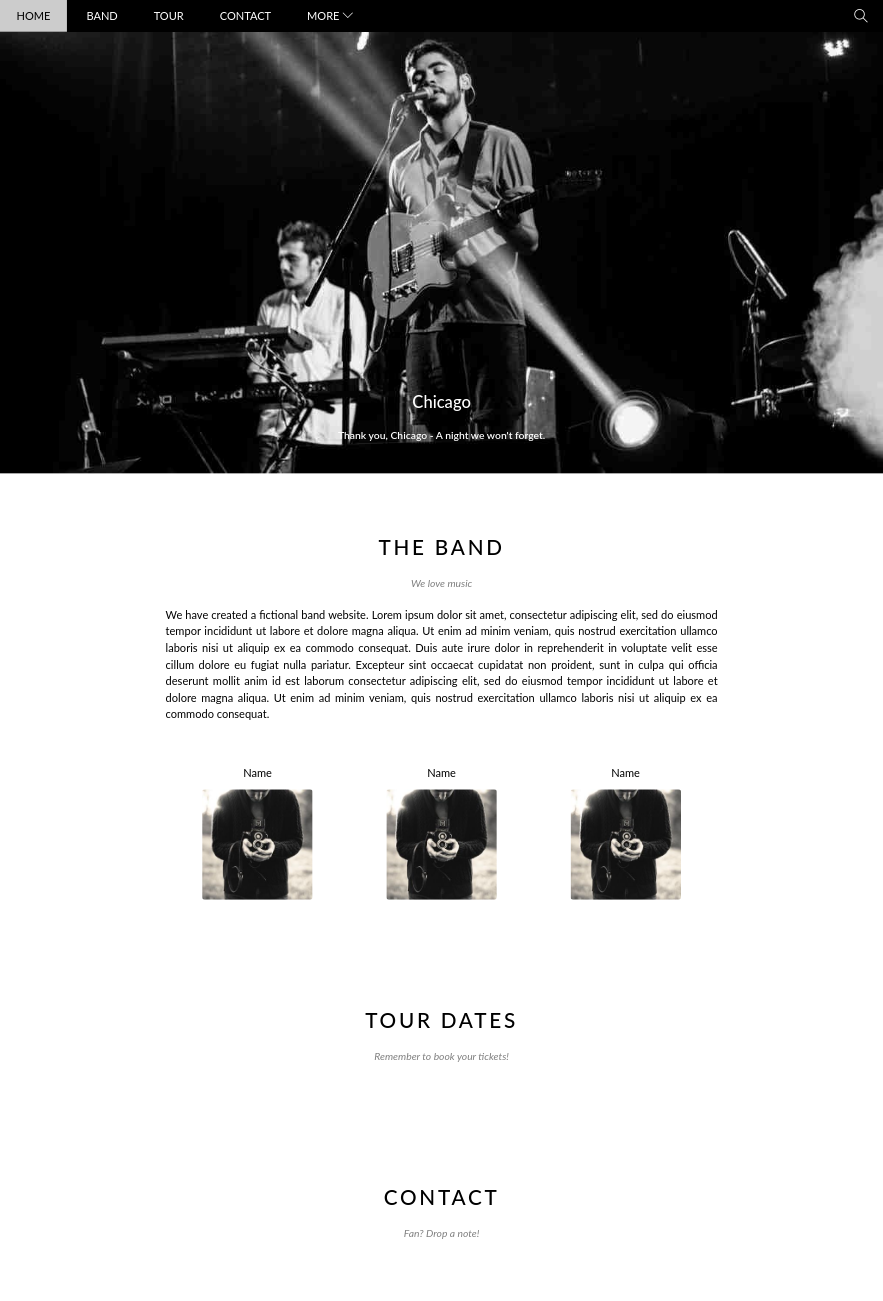
Repository: tatvanhco/web-dau-tay
Page: index.html
An editor plug-in stored every save of this project. The page is shown before and after the next save, followed by the edit.
The browser window is 1280 px wide. The pictures show the whole page, at 69% of full size.

Above is the page before, as saved 2022-01-23 19:19:41.

After the next save:
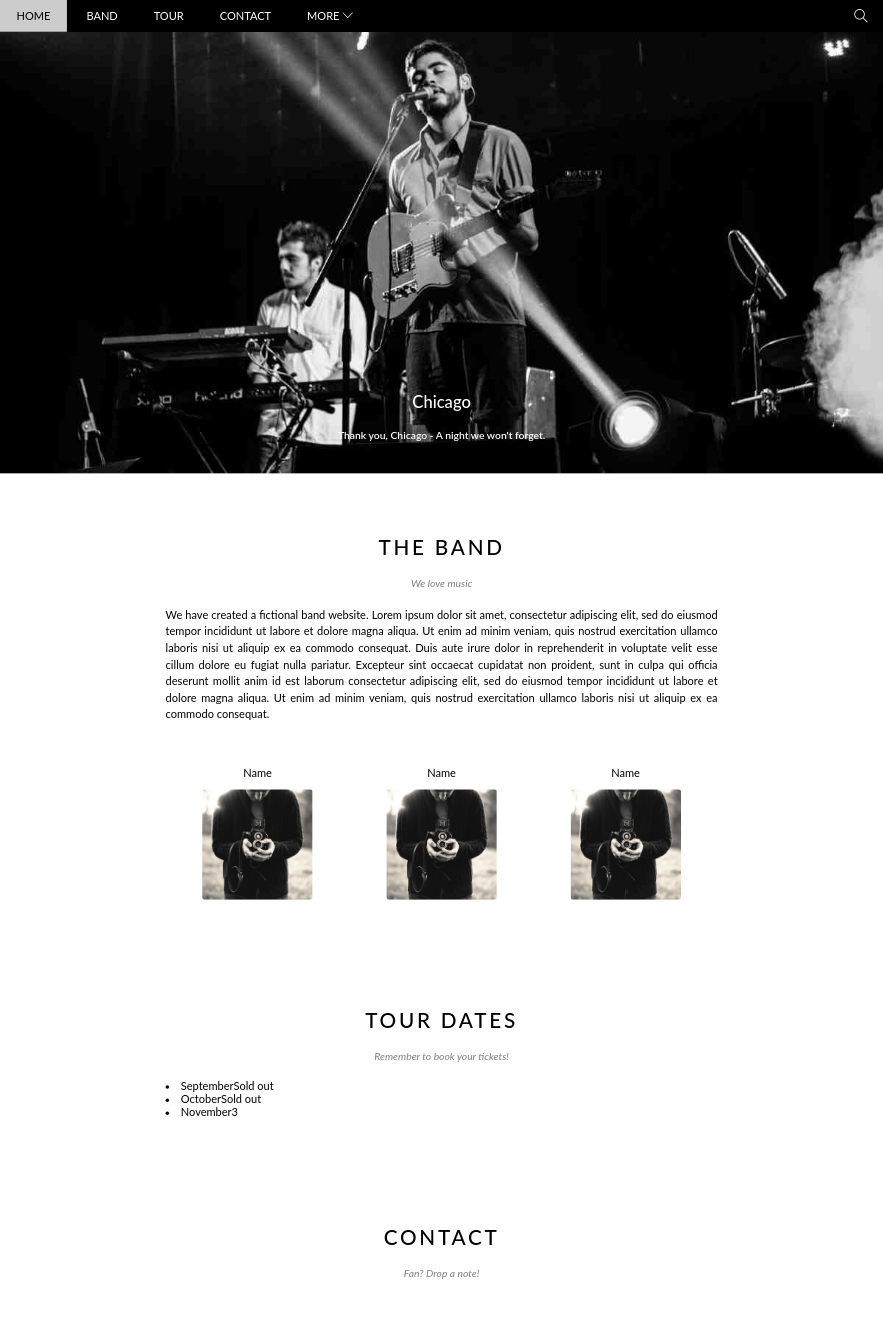
Saved 3 min 24 s later.
--- a/index.html
+++ b/index.html
@@ -70,6 +70,11 @@
             <div class="content-section">
                 <h2 class="section-heading">TOUR DATES</h2>
                 <p class="section-sub-heading">Remember to book your tickets!</p>
+                <div class="tour">
+                    <li>September<span>Sold out</span></li>
+                    <li>October<span>Sold out</span></li>
+                    <li>November<span>3</span></li>
+                </div>
             </div>
 
             <div class="content-section">
